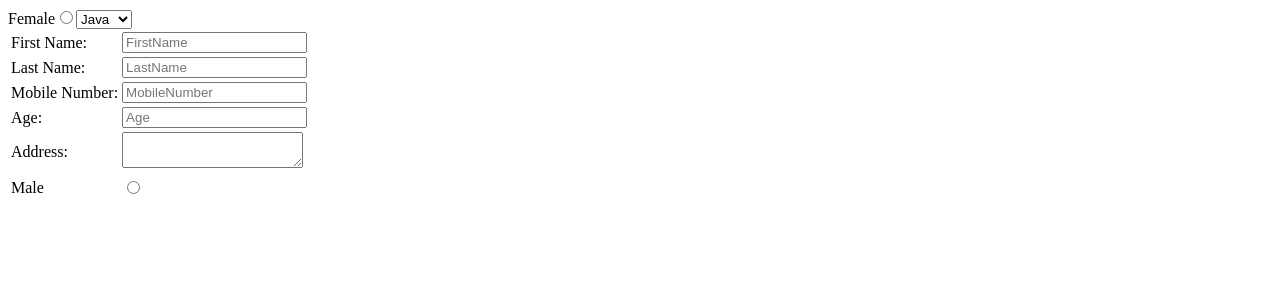
Repository: Ganesh281996/Ganesh
Page: BasicHtml/WebContent/Login.html
These files come from the project's save history. The page is drawn as it stood at one moment and after the next save; the edit follows.
The browser window is 1280 px wide. The pictures show the whole page.

Above is the page before, as saved 2018-03-27 12:07:17.

### BasicHtml/WebContent/Login.html
<!DOCTYPE html>
<html>
<head>
<meta charset="UTF-8">
<title>Insert title here</title>
</head>
<body>
<form action="">
<table>
<tr>
<td>First Name:	</td><td> <input  id="FirstName" placeholder="FirstName"></td>
 </tr>
 <tr>
<td>Last Name:</td> <td><input id="LastName" placeholder="LastName"></td>
</tr>
<tr>
<td>Mobile Number: </td><td><input id="Mobile" placeholder="MobileNumber"></td>
</tr>
<tr>
<td>Age: </td><td><input id="Age" placeholder="Age"></td>
</tr>
<tr>
<td>Address: </td><td><textarea id="Address" placeholder="Address">  </textarea></td>
</tr>
<tr>
<tr>
<td>Male</td><td> <input type="radio" name="Gender" value="Male"></td>
</tr>
Female<input type="radio" name="Gender" value="Female">
<select>
<option value="Java">Java</option>
<option value=".Net">.Net</option>
<option value="C++">C++</option>
<option value="Mean">Mean</option>
</select>
</table>
</form>
</body>
</html>

After the next save:
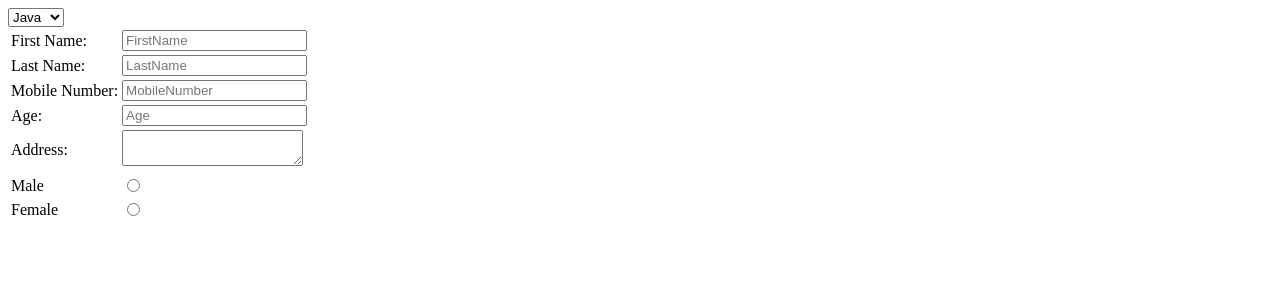
Saved 17 s later.
--- a/BasicHtml/WebContent/Login.html
+++ b/BasicHtml/WebContent/Login.html
@@ -26,7 +26,9 @@
 <tr>
 <td>Male</td><td> <input type="radio" name="Gender" value="Male"></td>
 </tr>
-Female<input type="radio" name="Gender" value="Female">
+<tr>
+<td>Female</td><td> <input type="radio" name="Gender" value="Female"></td>
+</tr>
 <select>
 <option value="Java">Java</option>
 <option value=".Net">.Net</option>
